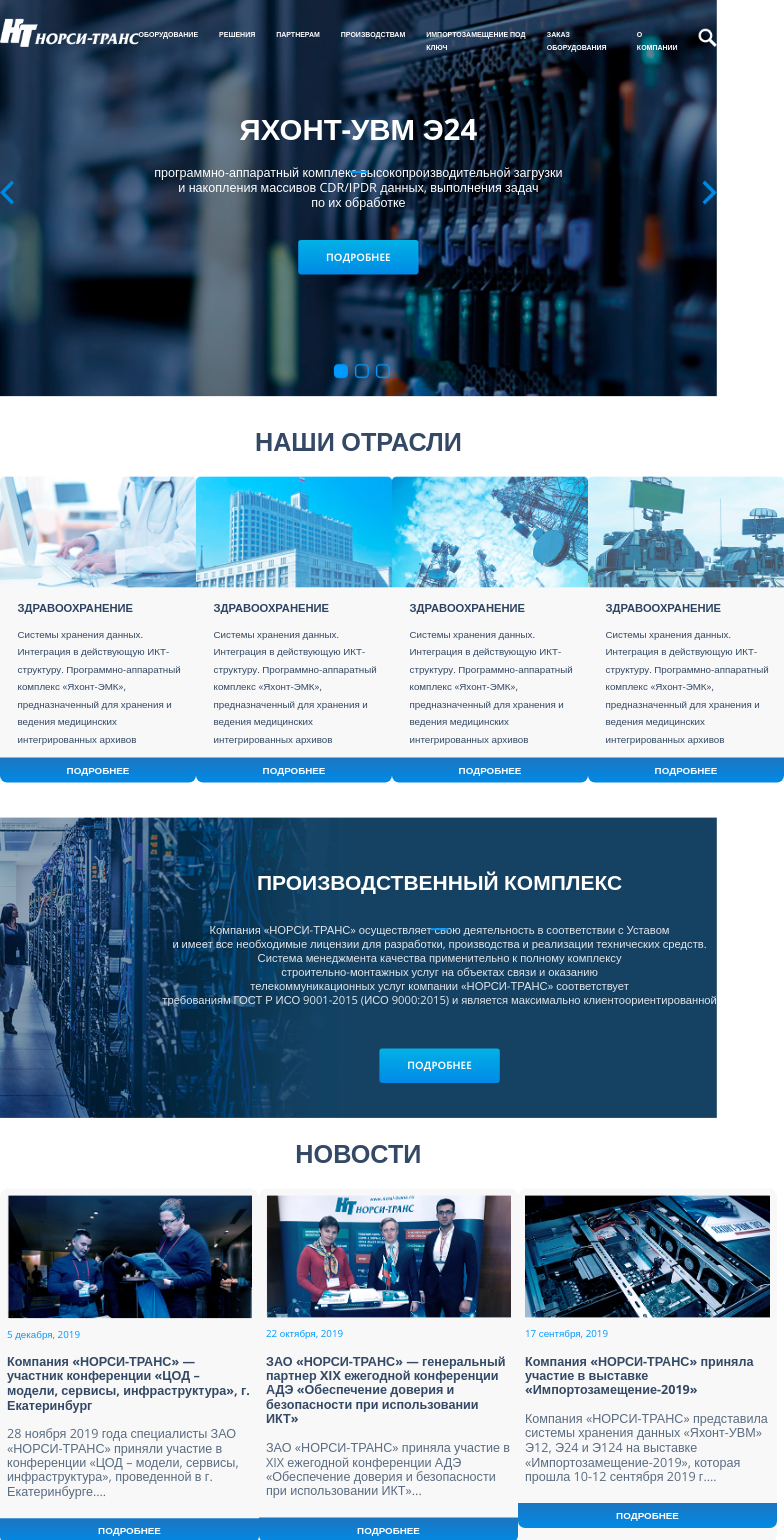
Repository: frostnn/testTaskBurbon
Page: app/index.html
These files come from the project's save history. The page is drawn as it stood at one moment and after the next save; the edit follows.
The browser window is 1024 px wide. The page is 1120 px wide, so the pictures cover 1120 px, including what lies to the right of the window. The pictures show the part of the page from y = 0 to 2200 px (the page is 3433 px tall), at 70% of full size.
The style sheet was rebuilt from its Sass, Less or Tailwind sources for each picture, by a compiler version that may differ from the author's.

Above is the page before, as saved 2020-07-16 10:11:32.

### app/index.html
<!DOCTYPE html>
<html lang="en">
<head>
  <meta charset="UTF-8">
  <meta name="viewport" content="width=device-width, initial-scale=1.0">
  <meta http-equiv="X-UA-Compatible" content="ie=edge">
  <link rel="stylesheet" href="css/style.min.css">
  <title>Test task</title>
</head>
<body>
  <div class="bg-test">
    <header class="header">
        <div class="header-logo">
          <img src="./img/NT_logo_color.png" alt="Логотип" class="header-logo__img">
        </div>
        <nav class="header-nav">
          <ul class="header-nav__list">
            <li class="header-nav__list-item">
              <a href="#" class="header-nav__list-link">оборудование</a>
            </li>
            <li class="header-nav__list-item">
              <a href="#" class="header-nav__list-link">решения</a>
            </li>
            <li class="header-nav__list-item">
              <a href="#" class="header-nav__list-link">партнерам</a>
            </li>
            <li class="header-nav__list-item">
              <a href="#" class="header-nav__list-link">производствам</a>
            </li>
            <li class="header-nav__list-item">
              <a href="#" class="header-nav__list-link">импортозамещение под ключ</a>
            </li>
            <li class="header-nav__list-item">
              <a href="#" class="header-nav__list-link">заказ оборудования</a>
            </li>
            <li class="header-nav__list-item">
              <a href="#" class="header-nav__list-link">о компании</a>
            </li>
          </ul>
        </nav>
        <div class="header-search">
          <img src="./img/search.png" alt="Поиск" class="header-search__img">
        </div>
    </header>
    <section class="slider">
      <div class="slider-block">
        <div class="slider-block__content">
          <h1 class="slider-block__content-title">Яхонт-увм э24</h1>
          <p class="slider-block__content-text">
            программно-аппаратный комплекс высокопроизводительной загрузки <br>
            и накопления массивов CDR/IPDR данных, выполнения задач<br>
            по их обработке
          </p>
          <a href="#" class="slider-block__content-link btn">Подробнее</a>
        </div>
        <div class="slider-block__content">
          <h1 class="slider-block__content-title">Яхонт-увм э24</h1>
          <p class="slider-block__content-text">
            программно-аппаратный комплекс высокопроизводительной загрузки <br>
            и накопления массивов CDR/IPDR данных, выполнения задач<br>
            по их обработке
          </p>
        <!--  <img src="./img/VPS.png" alt="" class="slider-block__content-img"> -->
          <a href="#" class="slider-block__content-link btn">Подробнее</a>
        </div>
        <div class="slider-block__content">
          <h1 class="slider-block__content-title">Яхонт-увм э24</h1>
          <p class="slider-block__content-text">
            программно-аппаратный комплекс высокопроизводительной загрузки <br>
            и накопления массивов CDR/IPDR данных, выполнения задач<br>
            по их обработке
          </p>
          <a href="#" class="slider-block__content-link btn">Подробнее</a>
        </div>
      </div>
    </section>
  </div>
  <section class="industries">
    <h2 class="industries-title">Наши отрасли</h2>
    <div class="industries-block">
      <div class="industries-block__content">
        <img src="./img/healths.png" alt="healths" class="industries-block__content-img">
        <h3 class="industries-block__content-title">Здравоохранение</h3>
        <p class="industries-block__content-text">
          Системы хранения данных. Интеграция
          в действующую ИКТ-структуру. Программно-аппаратный комплекс «Яхонт-ЭМК»,
          предназначенный для хранения и ведения медицинских интегрированных архивов
        </p>
        <a href="" class="industries-block__content-link">Подробнее</a>
      </div>
      <div class="industries-block__content">
        <img src="./img/gov.png" alt="government" class="industries-block__content-img">
        <h3 class="industries-block__content-title">Здравоохранение</h3>
        <p class="industries-block__content-text">
          Системы хранения данных. Интеграция
          в действующую ИКТ-структуру. Программно-аппаратный комплекс «Яхонт-ЭМК»,
          предназначенный для хранения и ведения медицинских интегрированных архивов
        </p>
        <a href="" class="industries-block__content-link">Подробнее</a>
      </div>
      <div class="industries-block__content">
        <img src="./img/telecom.png" alt="telecom" class="industries-block__content-img">
        <h3 class="industries-block__content-title">Здравоохранение</h3>
        <p class="industries-block__content-text">
          Системы хранения данных. Интеграция
          в действующую ИКТ-структуру. Программно-аппаратный комплекс «Яхонт-ЭМК»,
          предназначенный для хранения и ведения медицинских интегрированных архивов
        </p>
        <a href="" class="industries-block__content-link">Подробнее</a>
      </div>
      <div class="industries-block__content">
        <img src="./img/opk.png" alt="opk" class="industries-block__content-img">
        <h3 class="industries-block__content-title">Здравоохранение</h3>
        <p class="industries-block__content-text">
          Системы хранения данных. Интеграция
          в действующую ИКТ-структуру. Программно-аппаратный комплекс «Яхонт-ЭМК»,
          предназначенный для хранения и ведения медицинских интегрированных архивов
        </p>
        <a href="#" class="industries-block__content-link">Подробнее</a>
      </div>
    </div>
  </section>
  <main class="production">
    <div class="production-wrapper">
      <div class="production-block">
        <h2 class="production-block__title">Производственный комплекс</h2>
        <p class="production-block__text">
          Компания «НОРСИ-ТРАНС» осуществляет свою деятельность в соответствии с Уставом <br>
          и имеет все необходимые лицензии для разработки, производства и реализации технических средств.<br>
          Система менеджмента качества применительно к полному комплексу<br>
          строительно-монтажных услуг на объектах связи и оказанию <br>
          телекоммуникационных услуг компании «НОРСИ-ТРАНС» соответствует <br>
          требованиям ГОСТ Р ИСО 9001-2015 (ИСО 9000:2015) и является максимально клиентоориентированной
        </p>
        <a href="#" class="production-block__link btn">подробнее</a>
      </div>
    </div>
  </main>
  <section class="news">
    <h2 class="news-title">Новости</h2>
      <div class="news-block">
        <div class="news-block__content">
          <img src="./img/news_1.png" alt="news_img" class="news-block__content-img">
          <span class="news-block__content-date">5 декабря, 2019</span>
          <h4 class="news-block__content-title">
            Компания «НОРСИ-ТРАНС» — участник конференции «ЦОД – модели,
            сервисы, инфраструктура», г. Екатеринбург
          </h4>
          <p class="news-block__content-text">
            28 ноября 2019 года специалисты ЗАО «НОРСИ-ТРАНС»
            приняли участие в конференции «ЦОД – модели, сервисы,
            инфраструктура», проведенной в г. Екатеринбурге.…
          </p>
          <a href="#" class="news-block__content-link">Подробнее</a>
        </div>
          <div class="news-block__content">
            <img src="./img/news_2.png" alt="news_img" class="news-block__content-img">
            <span class="news-block__content-date">22 октября, 2019</span>
            <h4 class="news-block__content-title">
              ЗАО «НОРСИ-ТРАНС» — генеральный партнер XIX
              ежегодной конференции АДЭ «Обеспечение доверия
              и безопасности при использовании ИКТ»
            </h4>
            <p class="news-block__content-text">
              ЗАО «НОРСИ-ТРАНС» приняла участие в XIX ежегодной конференции
              АДЭ «Обеспечение доверия и безопасности при использовании ИКТ»...
            </p>
            <a href="#" class="news-block__content-link">Подробнее</a>
          </div>
          <div class="news-block__content">
            <img src="./img/news_3.png" alt="news_img" class="news-block__content-img">
            <span class="news-block__content-date">17 сентября, 2019</span>
            <h4 class="news-block__content-title">
              Компания «НОРСИ-ТРАНС» приняла участие
              в выставке «Импортозамещение-2019»
            </h4>
            <p class="news-block__content-text">
              Компания «НОРСИ-ТРАНС» представила системы хранения данных
              «Яхонт-УВМ» Э12, Э24 и Э124 на выставке «Импортозамещение-2019»,
              которая прошла 10-12 сентября 2019 г.…
            </p>
            <a href="#" class="news-block__content-link">Подробнее</a>
          </div>
      </div>
      <div class="btn-wrapper">
        <button class="news-btn">Все новости</button>
      </div>
  </section>
  <section class="program">
    <div class="program-wrapper">
      <h2 class="program-title">Партнерская программа «НОРСИ-ТРАНС» </h2>
      <div class="program-block__wrapper">
        <div class="program-block">
          <img src="./img/box.png" alt="box" class="program-block__img">
          <h5 class="program-block__title">Технологический партнер</h5>
          <p class="program-block__text">Разработка и внедрение совместных решений </p>
          <div class="program-block__btn">
            <a href="#" class="program-block__btn-link">подробнее</a>
            <button class="program-block__btn-btn btn">стать партнером</button>
          </div>
        </div>
        <div class="program-block">
          <img src="./img/code.png" alt="box" class="program-block__img">
          <h5 class="program-block__title">Дистрибуция</h5>
          <p class="program-block__text">
            Закупка продуктов и решений напрямую у ЗАО «НОРСИ-ТРАНС»
            и реализация их исключительно через свою партнерскую сеть
          </p>
          <div class="program-block__btn">
            <a href="#" class="program-block__btn-link">подробнее</a>
            <button class="program-block__btn-btn btn">стать партнером</button>
          </div>
        </div>
        <div class="program-block">
          <img src="./img/case.png" alt="box" class="program-block__img">
          <h5 class="program-block__title">Системная интеграция</h5>
          <p class="program-block__text">
            Внедрение решений ЗАО «НОРСИ-ТРАНС»
            корпоративным клиентам и организациям
          </p>
          <div class="program-block__btn">
            <a href="#" class="program-block__btn-link">подробнее</a>
            <button class="program-block__btn-btn btn">стать партнером</button>
          </div>
        </div>
      </div>
    </div>
  </section>
  <footer class="footer">
    <div class="footer-nav">
      <div class="equipment-block">
        <ul class="equipment-block__list">
          <li class="equipment-block__list-title">Оборудование</li>
          <li class="equipment-block__list-item"> <a href="#" class="equipment-block__item-link"> Сервера хранения</a></li>
          <li class="equipment-block__list-item"> <a href="#" class="equipment-block__item-link">Серверное оборудование</a></li>
          <li class="equipment-block__list-item"> <a href="#" class="equipment-block__item-link"> Контроллеры</a></li>
          <li class="equipment-block__list-item"> <a href="#" class="equipment-block__item-link">СХД</a></li>
          <li class="equipment-block__list-item"> <a href="#" class="equipment-block__item-link">Системы архивного хранения данных</a></li>
        </ul>
      </div>
      <div class="decisions-block">
        <ul class="decisions-block__list">
          <li class="decisions-block__list-title">Решения</li>
          <li class="decisions-block__list-item"> <a href="#" class="decisions-block__item-link"> Гос. Учреждения</a></li>
          <li class="decisions-block__list-item"> <a href="#" class="decisions-block__item-link">Здравоохранение</a></li>
          <li class="decisions-block__list-item"> <a href="#" class="decisions-block__item-link">Информационные сервисы</a></li>
          <li class="decisions-block__list-item"> <a href="#" class="decisions-block__item-link">Предприятия ОПК</a></li>
          <li class="decisions-block__list-item"> <a href="#" class="decisions-block__item-link">Системы виртуализации</a></li>
          <li class="decisions-block__list-item"> <a href="#" class="decisions-block__item-link">Телекоммуникации</a></li>
        </ul>
      </div>
      <div class="partners-block">
        <ul class="partners-block__list">
          <li class="partners-block__list-title">Партнерам</li>
          <li class="partners-block__list-item"> <a href="#" class="partners-block__item-link">Партнерский раздел</a></li>
          <li class="partners-block__list-item"> <a href="#" class="partners-block__item-link">Партнеры присоединившиеся к программе</a></li>
        </ul>
        <ul class="productions-block__list">
          <li class="productions-block__list-title">Производствам</li>
          <li class="productions-block__list-item"> <a href="#" class="productions-block__item-link">Программа поддержки производителей</a></li>
          <li class="productions-block__list-item"> <a href="#" class="productions-block__item-link">Производственные партнеры</a></li>
        </ul>
      </div>
      <div class="import-block">
        <ul class="import-block__list">
          <li class="import-block__list-title">Импортозамещение под ключ</li>
          <li class="import-block__list-item"> <a href="#" class="import-block__item-link"> Серверные комплексы</a></li>
          <li class="import-block__list-item"> <a href="#" class="import-block__item-link">Сети и системы хранения данных</a></li>
          <li class="import-block__list-item"> <a href="#" class="import-block__item-link">Кластерные решения</a></li>
        </ul>
        <ul class="equipment-block__list">
          <li class="equipment-block__list-title">Заказ оборудования</li>
          <li class="equipment-block__list-item"> <a href="#" class="equipment-block__item-link">Доставка</a></li>
          <li class="equipment-block__list-item"> <a href="#" class="equipment-block__item-link">Заказ оборудования</a></li>
        </ul>
      </div>
      <div class="nav-block">
        <ul class="nav-block__list">
          <li class="nav-block__list-title" >О компании</li>
          <li class="nav-block__list-item" > <a href="#" class="nav-block__item-link">Контакты</a></li>
          <li class="nav-block__list-item" > <a href="#" class="nav-block__item-link">Материалы</a></li>
          <li class="nav-block__list-item" > <a href="#" class="nav-block__item-link">Мероприятия</a></li>
          <li class="nav-block__list-item" > <a href="#" class="nav-block__item-link">Новости</a></li>
          <li class="nav-block__list-item" > <a href="#" class="nav-block__item-link">Системы виртуализации</a></li>
          <li class="nav-block__list-item" > <a href="#" class="nav-block__item-link">Контакты</a></li>
        </ul>
      </div>
    </div>
    <div class="subfooter">
      <p class="subfooter-contacts">
        127015, г. Москва, ул. Б. Новодмитровская,
        д. 12, стр. 15, Тел: <a href="tel:(495) 748-74-83" class="subfooter-contacts__link">(495) 748-74-83</a> <a href="mailto:info@norsi-trans.ru" class="subfooter-contacts__link">info@norsi-trans.ru</a>
      </p>
      <p class="subfooter-info">
        ©1996-2018 ЗАО «НОРСИ-ТРАНС» Никакая информация с данного сайта не может быть скопирована,
        распространена либо передана любым способом для коммерческого использования без письменного согласия правообладателя.
        <a href="https://burbon.ru/" class="subfooter-link">Сделано в Burbon.ru</a>
      </p>

    </div>
  </footer>
  <script src="https://ajax.googleapis.com/ajax/libs/jquery/3.4.1/jquery.min.js"></script>
  <script src="js/libs.min.js"></script>
  <script src="js/main.js"></script>
</body>
</html>

### app/scss/_vars.scss
$white: #fff;
$blue: #019afe;

### app/scss/_fonts.scss
@import url('https://fonts.googleapis.com/css2?family=Open+Sans:wght@300;400;600;700;800&display=swap');
@font-face {
  font-family: 'Bliss Pro Bold';
  src: url('../fonts/BlissPro-Bold.eot');
  src: url('../fonts/BlissPro-Bold.eot?#iefix') format('embedded-opentype'),
  url('../fonts/BlissPro-Bold.woff') format('woff'),
  url('../fonts/BlissPro-Bold.ttf') format('truetype');
  font-weight: normal;
  font-style: normal;
  }

### app/scss/_global.scss
html {
  box-sizing: border-box;
}
body {
  font-family: 'Open Sans', sans-serif;
}
*,
*::before,
*::after {

  box-sizing: inherit;
}
a {
  display: inline;
  text-decoration: none;
  color: #fff;
}
ul,
li {
  list-style: none;
  margin: 0;
  padding: 0;
}

### app/scss/_media.scss
@media (max-width: 1452px) {
  .footer,
  .news,
  .industries,
  .production-wrapper,
  .program-wrapper,
  .header,
  .slider {
    max-width: 1350px;
  }
  .header-nav__list {
    .header-nav__list-item {
      margin-right: 30px;
    }
    .header-nav__list-link {
      font-size: 12px;
    }
  }
  .slider-block__content-title {
    font-size: 42px;
  }
  .slider-block__content-text {
    font-size: 18px;
  }
  .industries-block__content {
    max-width: 320px;
    .industries-block__content-title {
      font-size: 16px;
    }
    .industries-block__content-text {
      font-size: 14px;
    }
    .industries-block__content-img {
      max-width: 320px;
    }
  }
  .production {
    background-position: center;
  }
  .news-block__content {
    max-width: 430px;
    .news-block__content-img {
      max-width: 420px;
    }
    .news-block__content-title {
      font-size: 18px;

    }
    .news-block__content-date {
      font-size: 14px;

    }
    .news-block__content-text {
      font-size: 18px;
    }
  }
  .program-block {
    width: 424px;
  }
  .program-block .program-block__btn-btn {
    padding: 15px 20px;
  }
  .program-block .program-block__btn-link {
    padding: 12px 28px;
  }
  .footer-nav {
    .equipment-block__list-title,
    .decisions-block__list-title,
    .partners-block__list-title,
    .productions-block__list-title,
    .import-block__list-title,
    .equipment-block__list-title,
    .nav-block__list-title {
      font-size: 12px;
    }
    a {
      font-size: 11px;
    }
  }
  .subfooter {
    .subfooter-contacts {
      font-size: 9px;
    }
    .subfooter-info{
      font-size: 9px;
    }
    .subfooter-link {
      font-size: 10px;
      margin-left: 60px;
    }
  }
}
@media (max-width: 1360px) {
  .footer,
  .news,
  .industries,
  .production-wrapper,
  .program-wrapper,
  .header,
  .slider {
    max-width: 1280px;
  }
  .industries-block__content {
    max-width: 300px;
    .industries-block__content-img {
      max-width: 300px;
    }
  }
  .news-block__content {
    max-width: 420px;
    .news-block__content-img {
      max-width: 410px;
    }
  }
  .program-block {
    width: 413px;
  }

}

@media (max-width: 1245px) {
  .footer,
  .news,
  .industries,
  .production-wrapper,
  .program-wrapper,
  .header,
  .slider {
    max-width: 1190px;
  }
  .industries-block__content {
    max-width: 280px;
    .industries-block__content-img {
      max-width: 280px;
    }
  }
  .news-block__content {
    max-width: 380px;
    .news-block__content-img {
      max-width: 370px;
    }
  }
  .program-block {
    width: 370px;
  }
  .header-nav__list {
    .header-nav__list-item {
      margin-right: 30px;
    }
    .header-nav__list-link {
      font-size: 10px;
    }
  }
}

@media (max-width: 1200px) {
  .footer,
  .news,
  .industries,
  .production-wrapper,
  .program-wrapper,
  .header,
  .slider {
    max-width: 1100px;
  }
  .industries-block__content {
    max-width: 280px;
    .industries-block__content-img {
      max-width: 280px;
    }
  }
  .news-block__content {
    max-width: 380px;
    .news-block__content-img {
      max-width: 370px;
    }
  }
  .program-block {
    width: 370px;
  }
  .header-nav__list {
    .header-nav__list-item {
      margin-right: 30px;
    }
    .header-nav__list-link {
      font-size: 10px;
    }
  }
}

Loaded but not shown: app/js/libs.min.js (library); app/js/main.js (5 lines, source omitted); app/scss/style.scss (456 lines, source omitted); app/scss/_libs.scss (469 lines, source omitted)

After the next save:
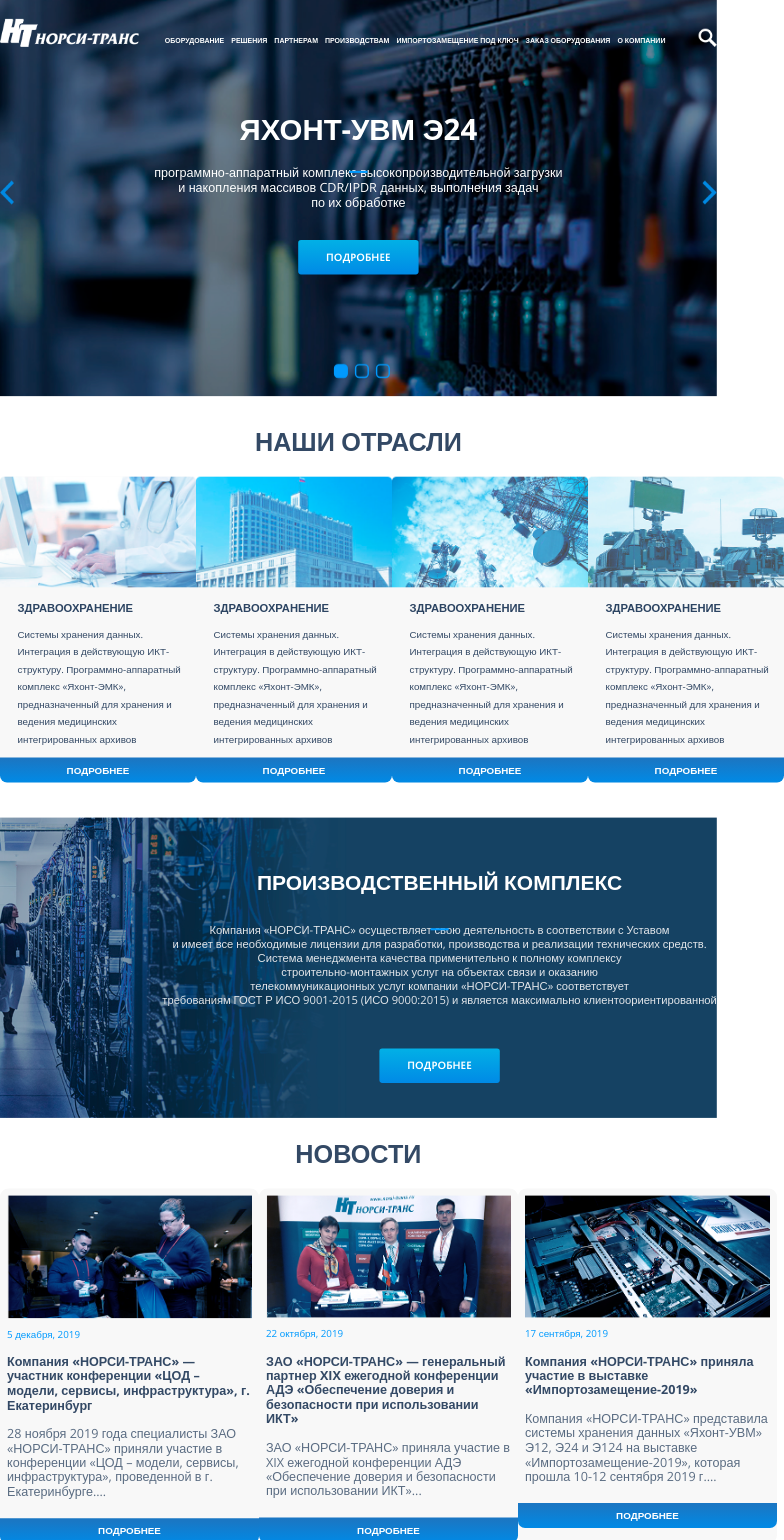
Saved 9 s later.
--- a/app/scss/_media.scss
+++ b/app/scss/_media.scss
@@ -180,7 +180,7 @@
   }
   .header-nav__list {
     .header-nav__list-item {
-      margin-right: 30px;
+      margin-right: 10px;
     }
     .header-nav__list-link {
       font-size: 10px;
